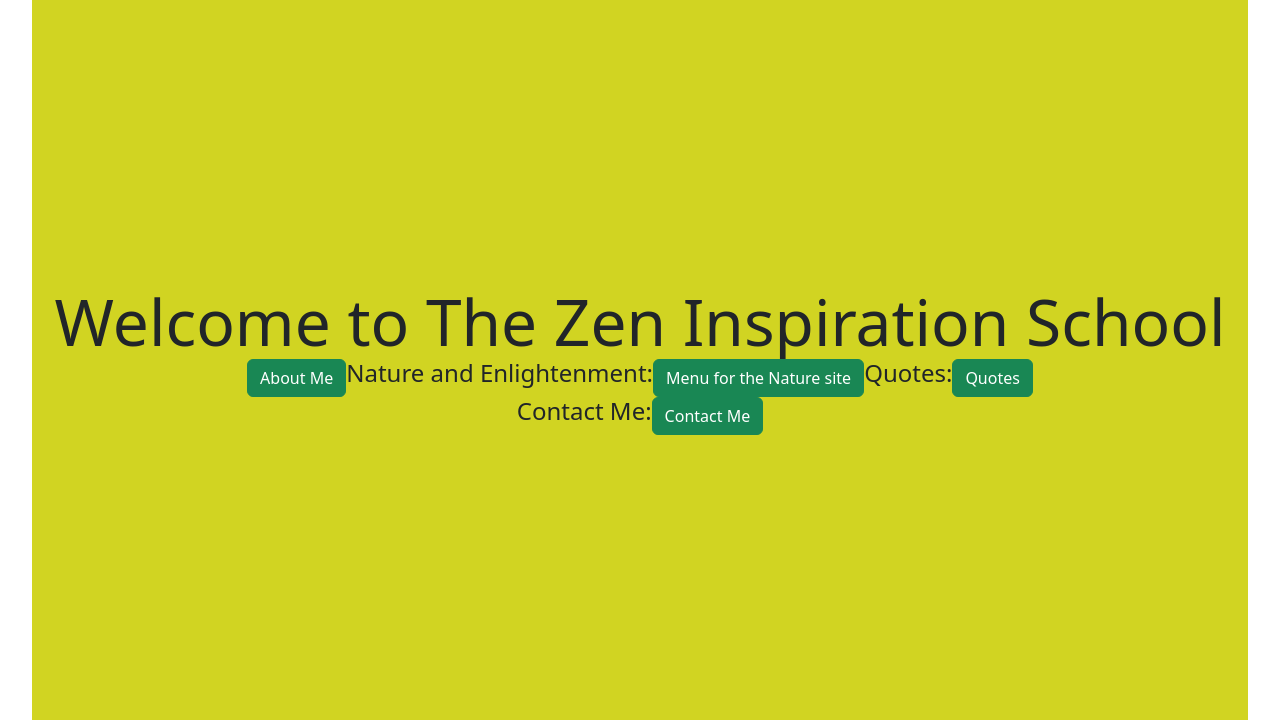
Repository: collegedude9300/zenschool
Page: /
The author's editor kept a copy of each file at every save. The page is drawn from the files as they stood at one save, then again after a run of saves.
The browser window is 1280 px wide. The pictures show the whole page.
The project was rebuilt for these pictures with package versions that can differ from the ones it lists, and the page was loaded fresh each time. The framework's server and built-in components were replaced by stand-ins that run in the browser. Also part of the build but not shown: next.config.js.

Above is the page before, as saved 2022-10-26 07:54:09.

After the next 2 saves:
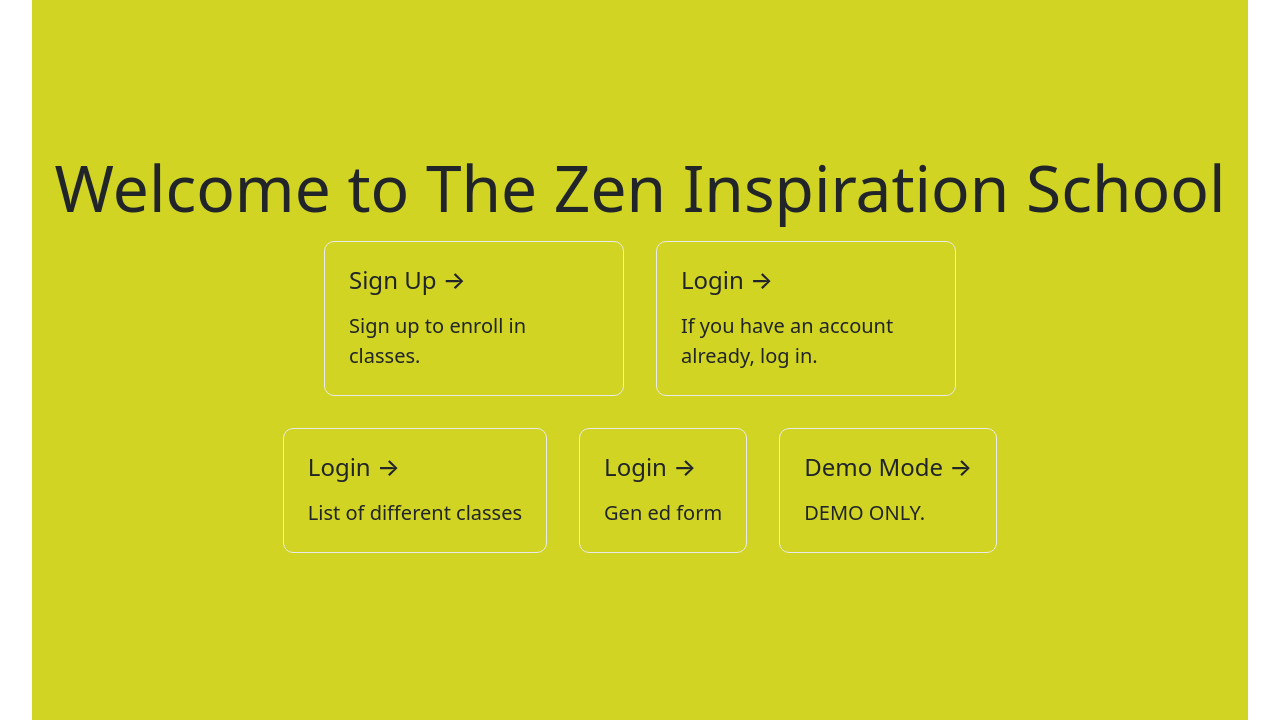
The 2 saves are shown as one change because 1 did not build or start.
The last was saved 2 h 45 min later.
--- a/pages/index.js
+++ b/pages/index.js
@@ -2,7 +2,6 @@ import Head from 'next/head'
 import Image from 'next/image'
 import styles from '../styles/Home.module.css'
 import 'bootstrap/dist/css/bootstrap.css'
-import Link from 'next/link';
 
 export default function Home() {
   return (
@@ -18,21 +17,29 @@ export default function Home() {
           Welcome to The Zen Inspiration School
         </h1>
         <div className={styles.grid}>
-        <Link href="/About">
-          <a className="btn btn-success">About Me</a>
-        </Link>
-        <h4> Nature and Enlightenment: </h4>
-        <Link href="/MenuNature">
-          <a className="btn btn-success">Menu for the Nature site</a>
-        </Link>
-        <h4> Quotes: </h4>
-        <Link href="/Quotes">
-          <a className="btn btn-success">Quotes</a>
-        </Link>
-        <h4>Contact Me: </h4>
-        <Link href="/Contact">
-          <a className="btn btn-success">Contact Me</a>
-        </Link>
+          <a href="/SignUp" className={styles.card}>
+            <h2>Sign Up &rarr;</h2>
+            <p>Sign up to enroll in classes.</p>
+          </a>
+
+          <a href="/Login" className={styles.card}>
+            <h2>Login &rarr;</h2>
+            <p>If you have an account already, log in.</p>
+            </a>
+            <a href="/Classes" className={styles.card}>
+            <h2>Login &rarr;</h2>
+            <p>List of different classes</p>
+            </a>
+            <a href="/GenEd" className={styles.card}>
+            <h2>Login &rarr;</h2>
+            <p>Gen ed form</p>
+            </a>
+          <a href="/HomePage"
+             className={styles.card}
+             >
+            <h2>Demo Mode &rarr;</h2>
+            <p>DEMO ONLY.</p>
+          </a>
         </div>
       </main>
     </div>
